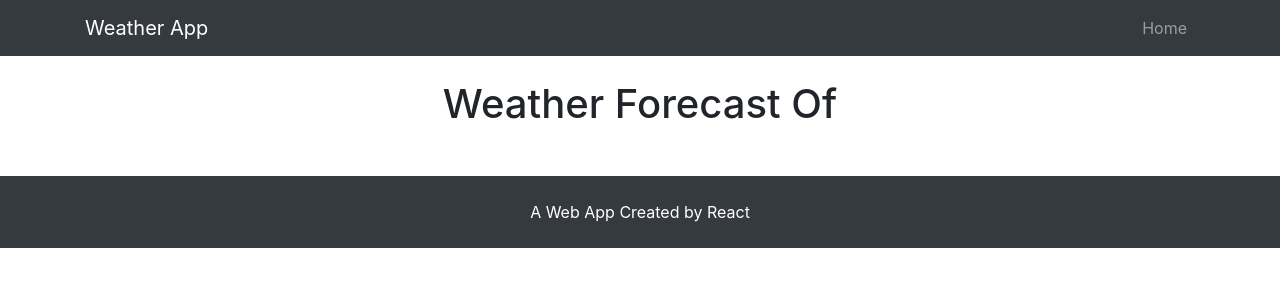
Repository: smk87/weather-app-react
Page: /weather/2344116
These files come from the project's save history. The page is drawn as it stood at one moment and after the next save; the edit follows.
The browser window is 1280 px wide. The pictures show the whole page.
The page's requests for data from a server got no answer. Some web libraries are served in a nearby version. The project was rebuilt for these pictures with package versions that can differ from the ones it lists, and the page was loaded fresh each time. A package was used in the major version that the imports need, not the one package.json lists. No one was signed in, and anything a server would have sent is missing. Also part of the build but not shown: src/components/Weather.js, src/components/Home.js, src/components/ConsolidatedWeather.js, src/components/SearchResult.js.

Above is the page before, as saved 2019-02-07 01:23:45.

After the next save:
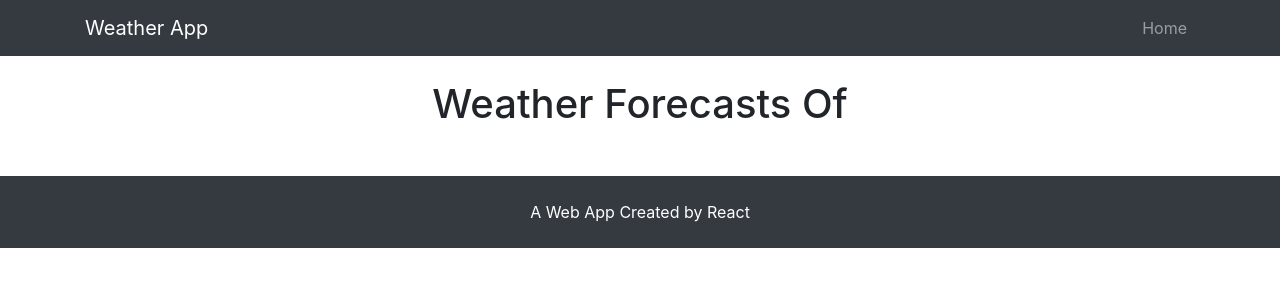
Saved 36 s later.
--- a/src/components/DetailedWeather.js
+++ b/src/components/DetailedWeather.js
@@ -32,7 +32,7 @@ export default class DetailedWeather extends Component {
   render() {
     return (
       <div>
-        <h1>Weather Forecast Of {this.state.cityname}</h1>
+        <h1>Weather Forecasts Of {this.state.cityname}</h1>
         {this.state.detailedweather.map(c => (
           <ConsolidatedWeather
             temp={c.the_temp}
